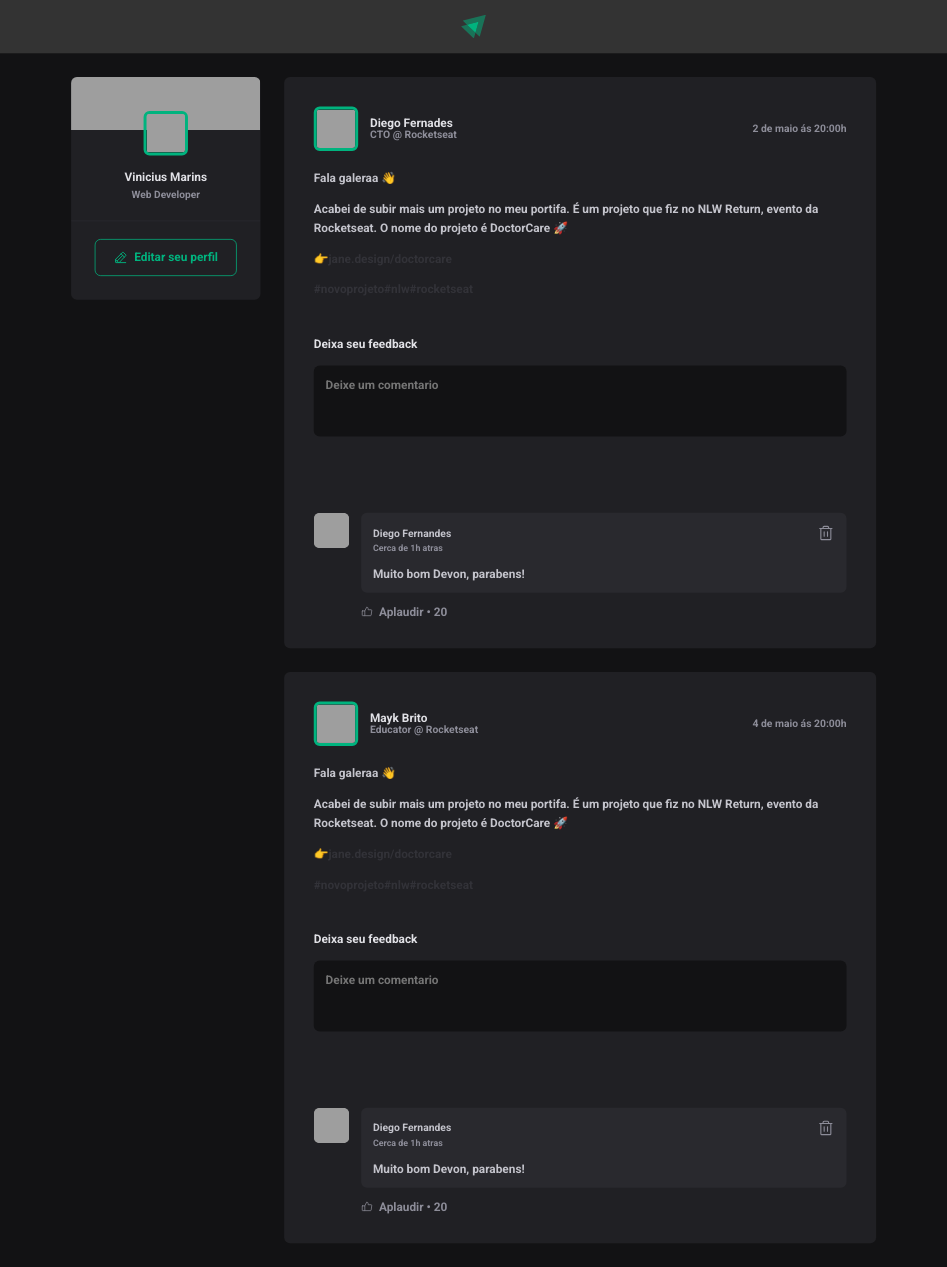
Repository: viniimartins/reactFundamentosRocketseat
Page: /
These files come from the project's save history. The page is drawn as it stood at one moment and after the next save; the edit follows.
The browser window is 1280 px wide. The pictures show the whole page, at 74% of full size.
Pictures or frames that could not be fetched are drawn as grey boxes. The project was rebuilt for these pictures with package versions that can differ from the ones it lists, and the page was loaded fresh each time. Also part of the build but not shown: vite.config.js.

Above is the page before, as saved 2023-05-02 13:40:03.

After the next save:
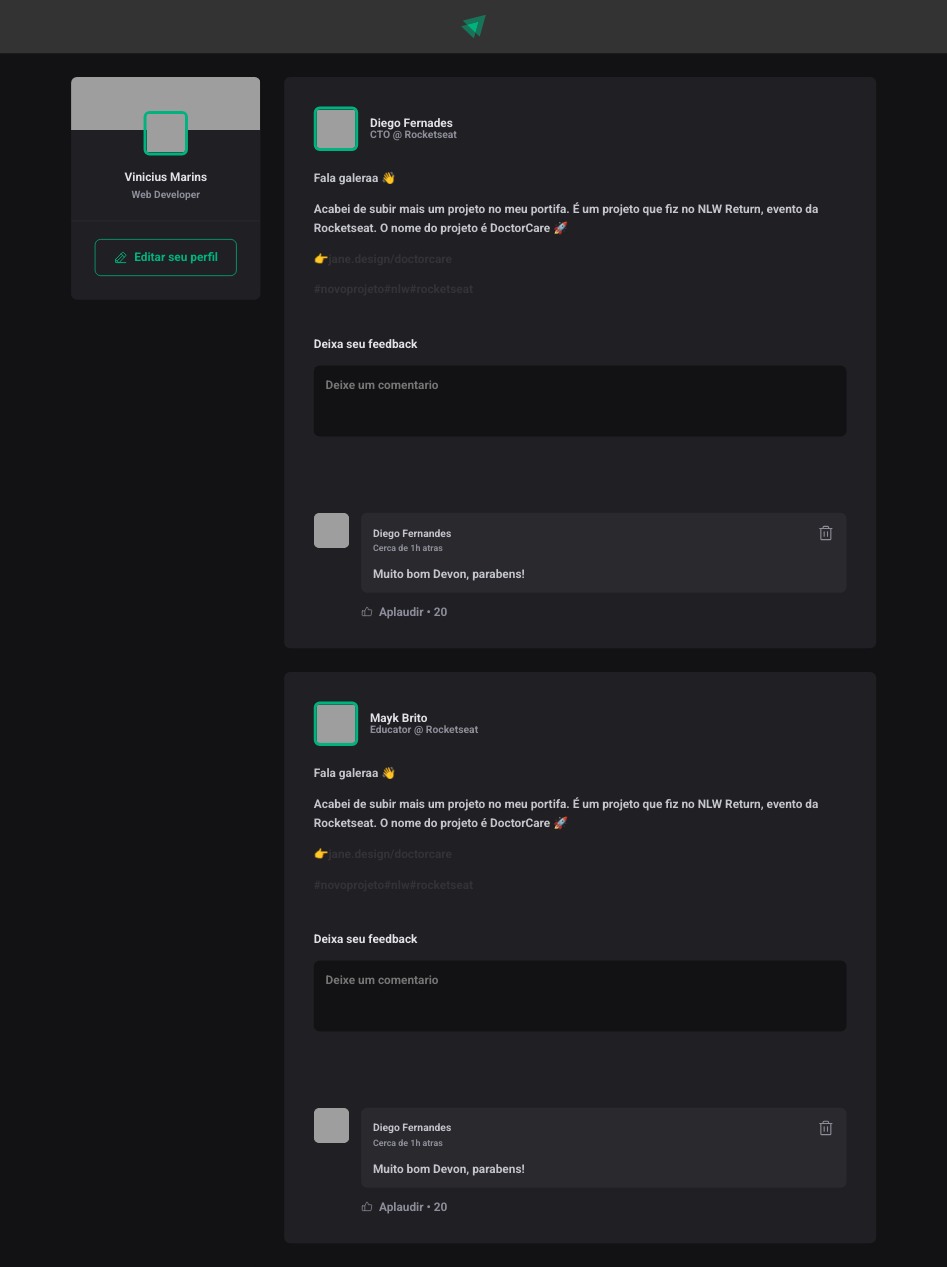
Saved 6 s later.
--- a/src/Components/Post.jsx
+++ b/src/Components/Post.jsx
@@ -22,7 +22,7 @@ export function Post({ author, publishedAt }) {
                     </div>
                 </div>
                 <time title={publisheddDateFormatted} dateTime="2022-05-11 08:13:30">
-                    {publisheddDateFormatted}
+
                 </time>
             </header>
 
